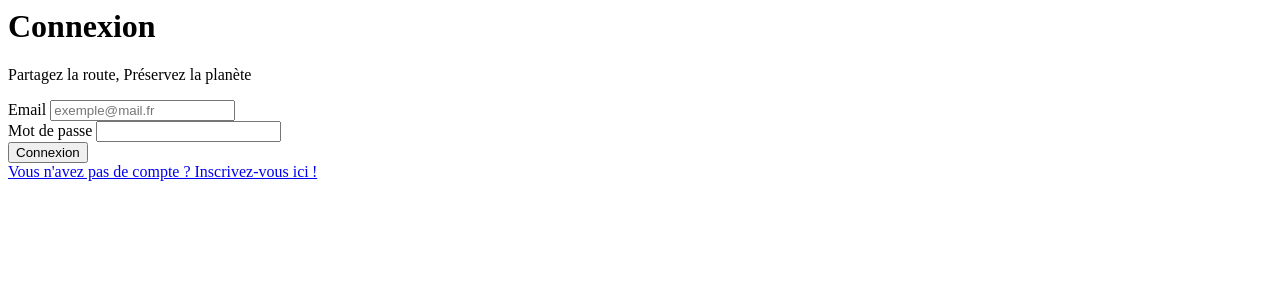
Repository: lemonhao9/ECF
Page: pages/auth/login.html
An editor plug-in stored every save of this project. The page is shown before and after the next save, followed by the edit.
The browser window is 1280 px wide. The pictures show the whole page.

Above is the page before, as saved 2025-02-13 15:56:40.

After the next save:
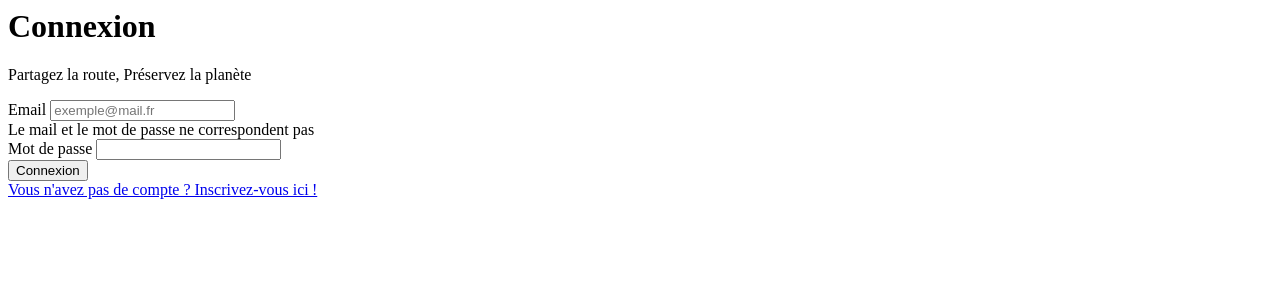
Saved 2 min 16 s later.
--- a/pages/auth/login.html
+++ b/pages/auth/login.html
@@ -10,6 +10,9 @@
         <div class="mb-3">
           <label for="EmailInput" class="form-label">Email</label>
           <input type="email" class="form-control" id="EmailInput" placeholder="exemple@mail.fr" name="Email">
+          <div class="invalid-feedback">
+            Le mail et le mot de passe ne correspondent pas
+          </div>
         </div>
         <div class="mb-3">
           <label for="PasswordInput" class="form-label">Mot de passe</label>
